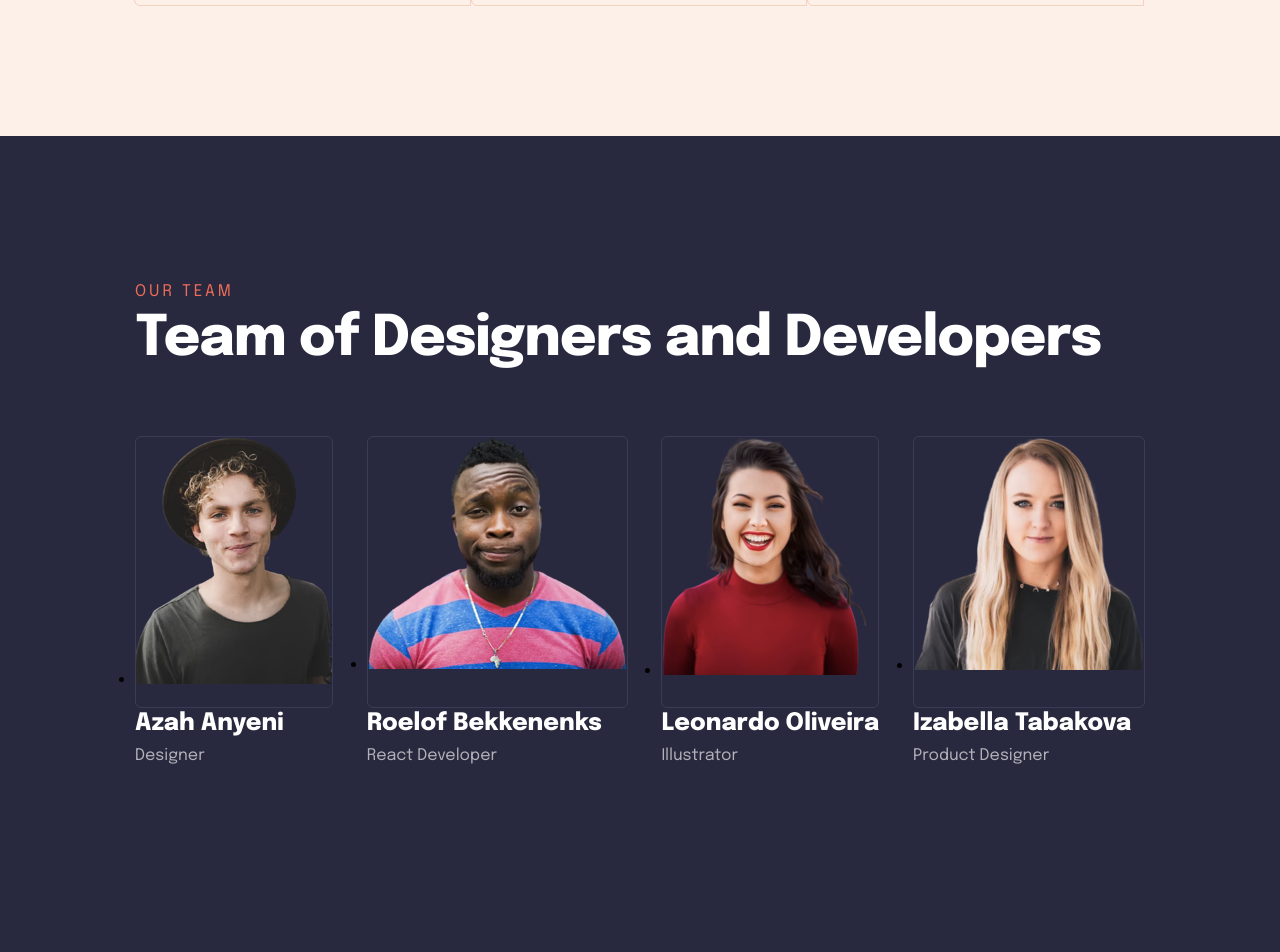
Repository: qafqazly123/websayt-1
Page: aboutPage/index.html
An editor plug-in stored every save of this project. The page is shown before and after the next save, followed by the edit.
The browser window is 1280 px wide. The pictures show the part of the page from y = 1126 to 2078 px (the page is 2078 px tall).
A picture or video elsewhere on the page could not be fetched, so the positions and the page height are approximate.

Above is the page before, as saved 2023-12-19 15:26:04.

After the next save:
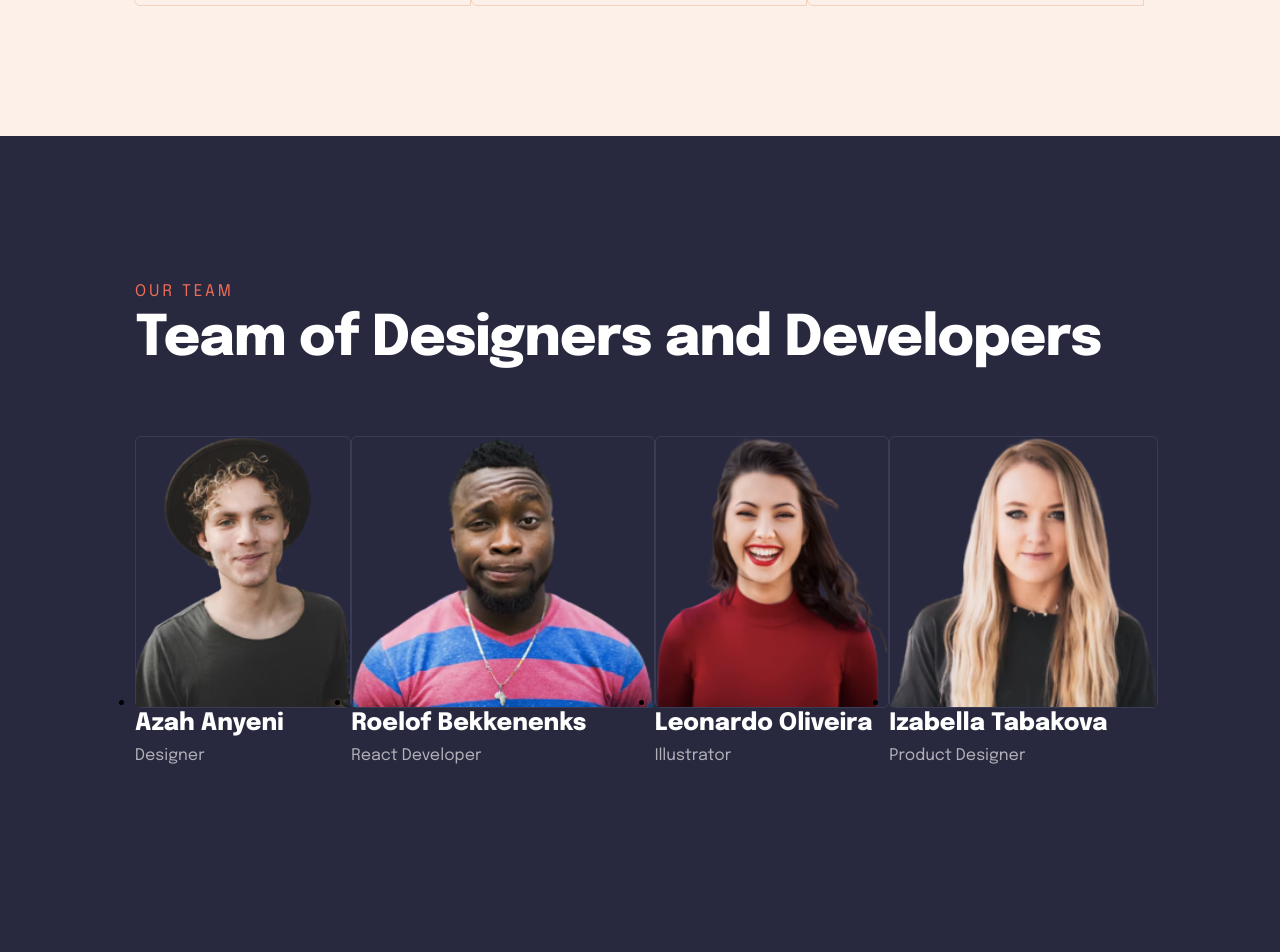
Saved 16 s later.
--- a/aboutPage/index.css
+++ b/aboutPage/index.css
@@ -235,5 +235,6 @@
 .container-3 ul li div{
   border-radius: 6px;
 border: 1px solid #3A3C56;
-height: 272px
-}
+height: 272px;
+display: flex;
+}

After the save that followed:
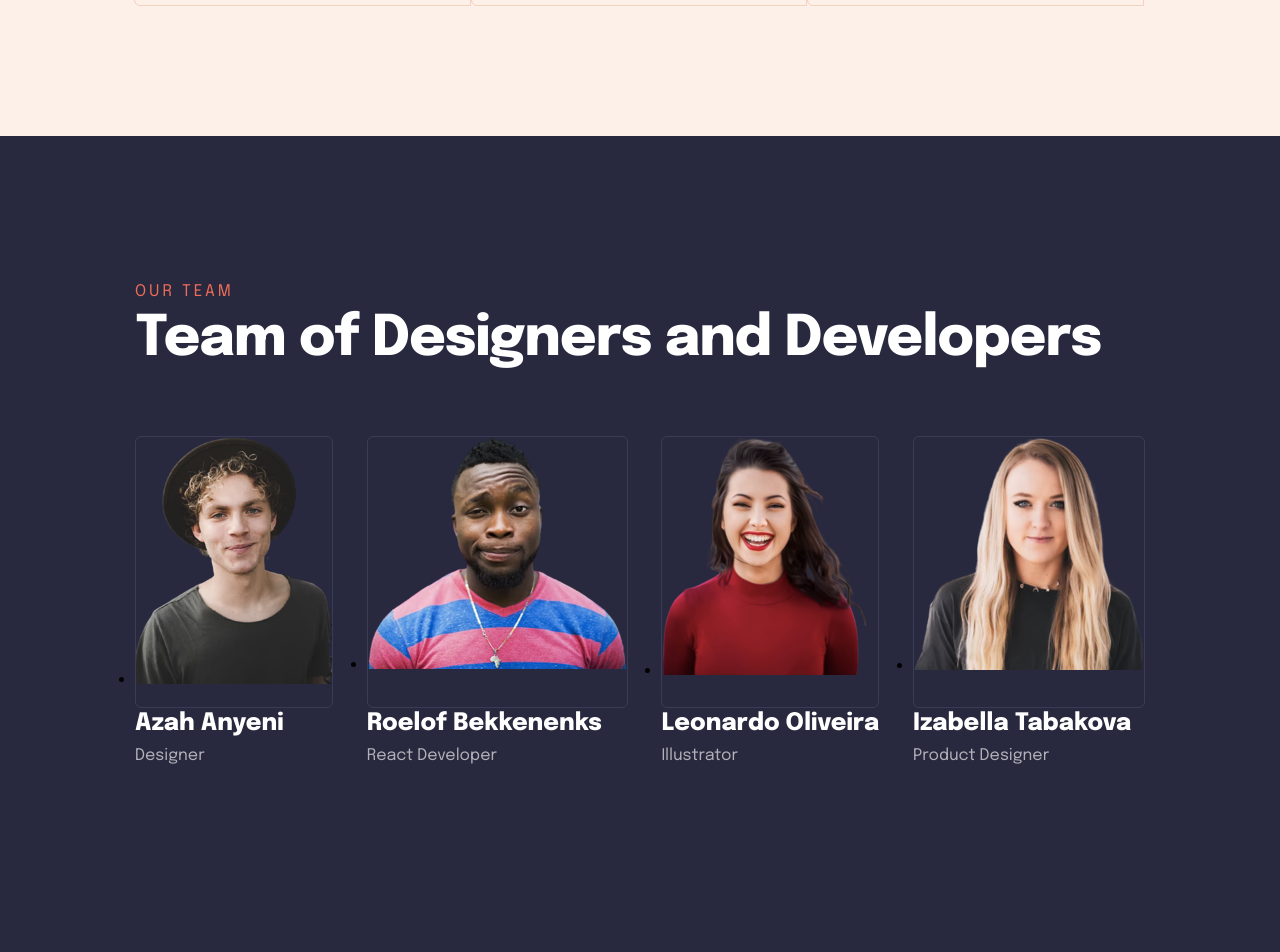
Saved 7 s later.
--- a/aboutPage/index.css
+++ b/aboutPage/index.css
@@ -236,5 +236,5 @@
   border-radius: 6px;
 border: 1px solid #3A3C56;
 height: 272px;
-display: flex;
-}
+/* display: flex; */
+}
